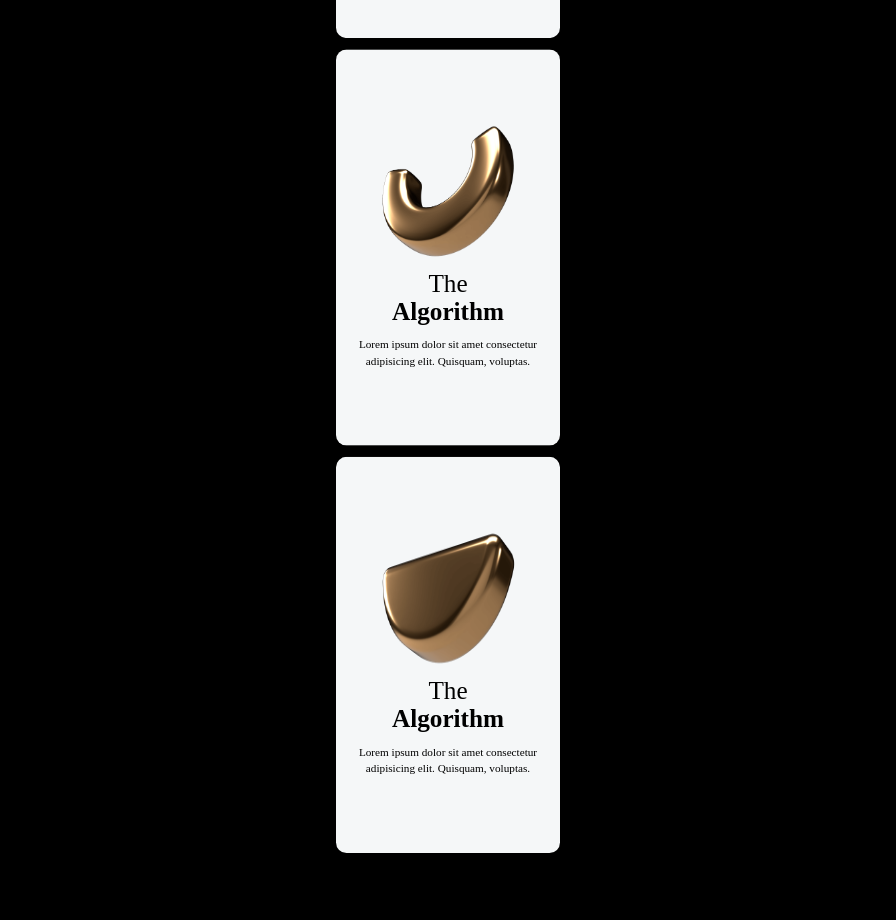
Repository: Himani0002/Scroll-Trigger
Page: index.html
The author's editor kept a copy of each file at every save. The page is drawn from the files as they stood at one save, then again after the next save.
The browser window is 1280 px wide. The pictures show the part of the page from y = 1202 to 3122 px (the page is 2516 px tall before and 3122 px after), at 70% of full size.
Some web fonts or font styles are not loaded; a fallback is used. Some web libraries are served in a nearby version.

Above is the page before, as saved 2024-11-15 21:42:44.

### index.html
<!DOCTYPE html>
<html lang="en">

<head>
  <meta charset="UTF-8">
  <meta name="viewport" content="width=device-width, initial-scale=1.0">
  <script src="https://cdn.tailwindcss.com"></script>
  <title>Document</title>
  <style>
    @import url('https://fonts.googleapis.com/css2?family=Edu+AU+VIC+WA+NT+Pre:wght@400..700&family=Lato:ital,wght@0,100;0,300;0,400;0,700;0,900;1,100;1,300;1,400;1,700;1,900&family=Montserrat:ital,wght@0,100..900;1,100..900&family=Roboto+Slab:wght@100..900&display=swap');

    * {
      padding: 0;
      font-family: "Edu AU VIC WA NT Pre", cursive;
      margin: 0;
      box-sizing: border-box;
    }

    html,
    body {
      height: 100%;
      width: 100%;
      background-color: black;
    }
  </style>
</head>
<main class="w-full  text-center flex flex-col gap-4 items-center pt-[15vh]">
  <div
    class="card1 flex sticky top-[15vh] flex-col w-[25svw] rounded-[15px] py-[15vh] px-[20px] gap-4 items-center bg-[#F5F7F8]">
    <img src="./image/1.png" class="w-[190px] aspect-square" alt="">
    <h1 class="text-4xl font-thin">
      The<br>
      <span class="font-bold">Algorithm</span>
    </h1>
    <p>
      Lorem ipsum dolor sit amet consectetur adipisicing elit. Quisquam, voluptas.
    </p>
  </div>
  <div
    class="card2 sticky top-[15vh] flex flex-col w-[25svw] rounded-[15px] py-[15vh] px-[20px] gap-4 items-center bg-[#F5F7F8]">
    <img src="./image/2.png" class="w-[190px] aspect-square" alt="">
    <h1 class="text-4xl font-thin">
      The<br>
      <span class="font-bold">Algorithm</span>
    </h1>
    <p>
      Lorem ipsum dolor sit amet consectetur adipisicing elit. Quisquam, voluptas.
    </p>
  </div>
  <div
    class="card3 sticky top-[15vh] flex flex-col w-[25svw] rounded-[15px] py-[15vh] px-[20px] gap-4 items-center bg-[#F5F7F8]">
    <img src="./image/3.png" class="w-[190px] aspect-square" alt="">
    <h1 class="text-4xl font-thin">
      The<br>
      <span class="font-bold">Algorithm</span>
    </h1>
    <p>
      Lorem ipsum dolor sit amet consectetur adipisicing elit. Quisquam, voluptas.
    </p>
  </div>
  <div
    class="card4 sticky top-[15vh] flex flex-col w-[25svw] rounded-[15px] py-[15vh] px-[20px] gap-4 items-center bg-[#F5F7F8]">
    <img src="./image/4.png" class="w-[190px] aspect-square" alt="">
    <h1 class="text-4xl font-thin">
      The<br>
      <span class="font-bold">Algorithm</span>
    </h1>
    <p>
      Lorem ipsum dolor sit amet consectetur adipisicing elit. Quisquam, voluptas.
    </p>
  </div>

</main>

<body>

</body>

</html>

After the next save:
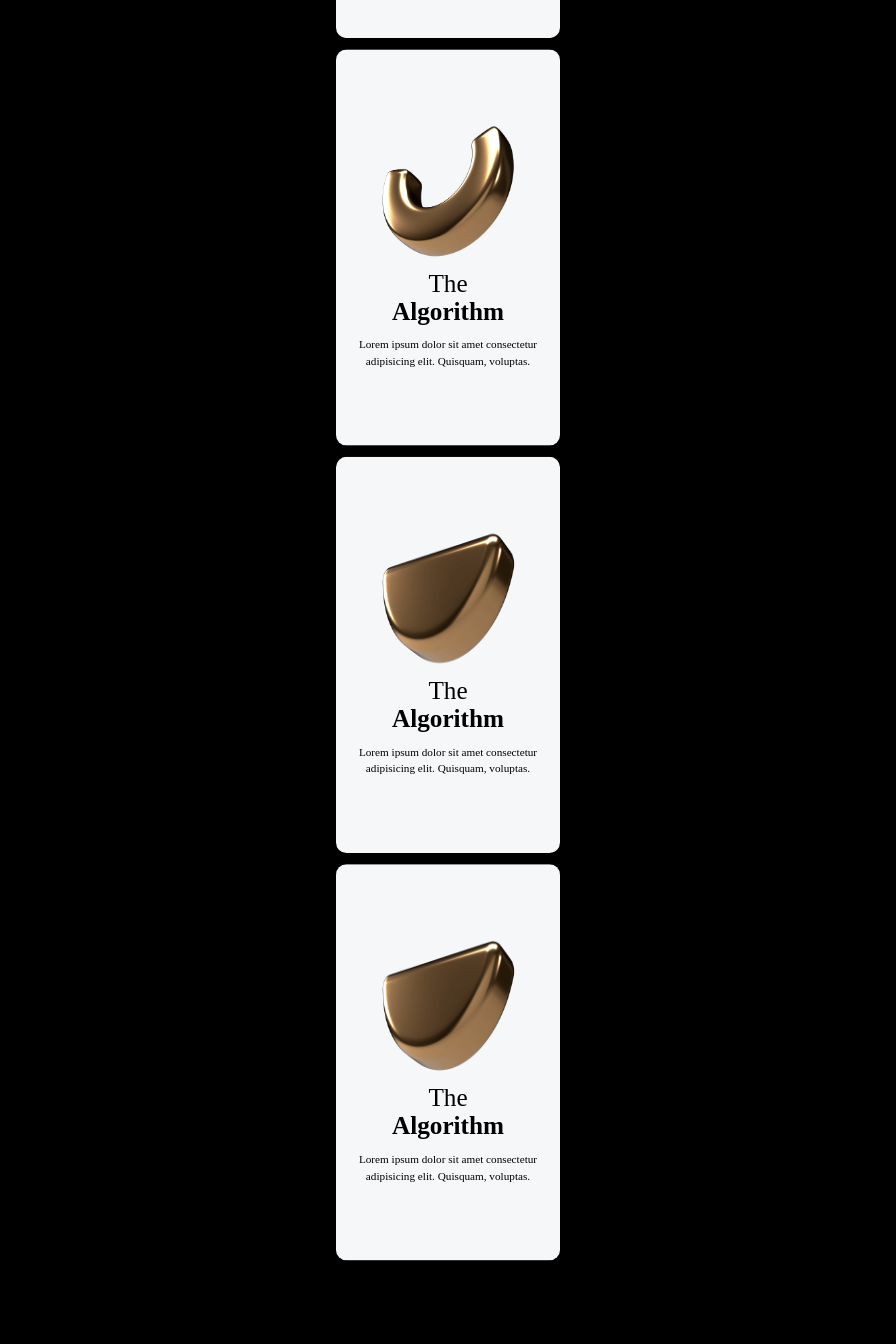
Saved 13 s later.
--- a/index.html
+++ b/index.html
@@ -69,6 +69,17 @@
       Lorem ipsum dolor sit amet consectetur adipisicing elit. Quisquam, voluptas.
     </p>
   </div>
+  <div
+    class="card4 sticky top-[15vh] flex flex-col w-[25svw] rounded-[15px] py-[15vh] px-[20px] gap-4 items-center bg-[#F5F7F8]">
+    <img src="./image/4.png" class="w-[190px] aspect-square" alt="">
+    <h1 class="text-4xl font-thin">
+      The<br>
+      <span class="font-bold">Algorithm</span>
+    </h1>
+    <p>
+      Lorem ipsum dolor sit amet consectetur adipisicing elit. Quisquam, voluptas.
+    </p>
+  </div>
 
 </main>
 
